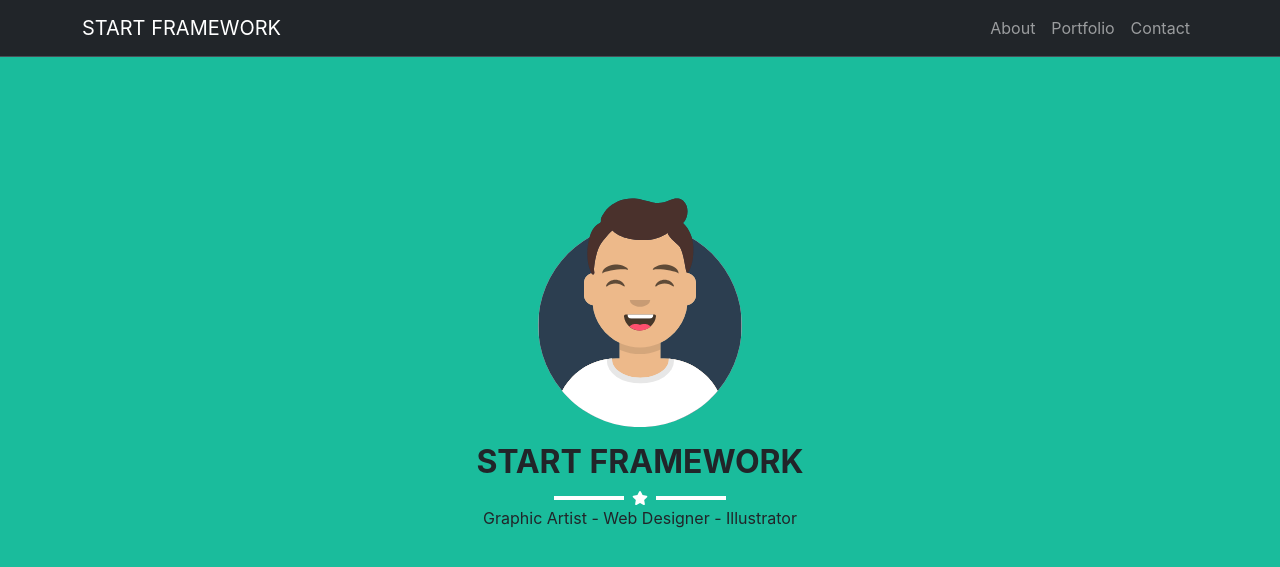
Repository: YomnaWegdan/startFramework
Page: /
These files come from the project's save history. The page is drawn as it stood at one moment and after the next save; the edit follows.
The browser window is 1280 px wide. The pictures show the whole page.
The project was rebuilt for these pictures with package versions that can differ from the ones it lists, and the page was loaded fresh each time. Also part of the build but not shown: src/Components/About.jsx, src/Components/Contact.jsx, src/Components/Error.jsx.

Above is the page before, as saved 2024-02-04 22:07:46.

### src/index.js
import React from 'react';
import ReactDOM from 'react-dom/client';
import 'bootstrap/dist/css/bootstrap.min.css'
import 'bootstrap/dist/js/bootstrap.bundle.min.js'

import './index.css';
import App from './App';
import reportWebVitals from './reportWebVitals';

const root = ReactDOM.createRoot(document.getElementById('root'));
root.render(
  <React.StrictMode>
    <App />
  </React.StrictMode>
);

// If you want to start measuring performance in your app, pass a function
// to log results (for example: reportWebVitals(console.log))
// or send to an analytics endpoint. Learn more: https://bit.ly/CRA-vitals
reportWebVitals();

### src/index.css
body {
  margin: 0;
  font-family: -apple-system, BlinkMacSystemFont, 'Segoe UI', 'Roboto', 'Oxygen',
    'Ubuntu', 'Cantarell', 'Fira Sans', 'Droid Sans', 'Helvetica Neue',
    sans-serif;
  -webkit-font-smoothing: antialiased;
  -moz-osx-font-smoothing: grayscale;
}

code {
  font-family: source-code-pro, Menlo, Monaco, Consolas, 'Courier New',
    monospace;
}
.w-20{
  width: 20%;
}
.home{
  background-color: #1ABC9C;
}
.line{
  background-color: white;
  width: 70px;
  height: 4px;
}

### src/App.js
import { RouterProvider, createBrowserRouter } from 'react-router-dom';
import './App.css';
import Layout from './Components/Layout';
import Home from './Components/Home';
import About from './Components/About';
import Contact from './Components/Contact';
import Error from './Components/Error';

function App() {

  let routes = createBrowserRouter([{
    path:'', element:<Layout/> , children:[
      {index:true , element:<Home/>},
      {path:'/about' , element:<About/>},
      {path:'/contact' , element:<Contact/>},
      {path:'*' , element:<Error/>},




    ]
  }])
  return (
    <div className="App">
    <RouterProvider router={routes}></RouterProvider>
    </div>
  );
}

export default App;

### src/Components/Layout.jsx
import React from 'react'
import Navbar from './Navbar'
import { Outlet } from 'react-router-dom'
import Footer from './Footer'

export default function Layout() {
  return (
    <div>
      <Navbar/>
      <Outlet></Outlet>
      <Footer/>
    </div>
  )
}

### src/Components/Home.jsx
import React, { Fragment } from 'react'
import img from '../images/avataaars.svg';
import { FaStar } from "react-icons/fa6";

export default function Home() {
  return (
    <Fragment>
      <section className='home vh-100 '>
        <div className='container h-100'>
            <div className='row align-items-center justify-content-center h-100'>
                <div className='col-md-12'>
                <img src={img} className='w-20 mb-3' alt='img'/>
                <h2 className='fw-bold'>START FRAMEWORK</h2>
                <div className='d-flex justify-content-center align-items-center'>
                    <div className='line'></div>
                    <FaStar className=' mx-2 text-white'/>
                    <div className='line'></div>
                </div>
                <div>Graphic Artist - Web Designer - Illustrator</div>



                </div>
            </div>
        </div>

      </section>
    </Fragment>
  )
}

### src/Components/Navbar.jsx
import React from "react";
import { NavLink } from "react-router-dom";

export default function Navbar() {
  return (
    <>
      <nav
        className="navbar navbar-expand-lg bg-dark border-bottom border-body fixed-top"
        data-bs-theme="dark"
      >
        <div className="container">
          <NavLink className="navbar-brand" to="/">
            START FRAMEWORK
          </NavLink>
          <button
            className="navbar-toggler"
            type="button"
            data-bs-toggle="collapse"
            data-bs-target="#navbarSupportedContent"
            aria-controls="navbarSupportedContent"
            aria-expanded="false"
            aria-label="Toggle navigation"
          >
            <span className="navbar-toggler-icon"></span>
          </button>
          <div className="collapse navbar-collapse" id="navbarSupportedContent">
            <ul className="navbar-nav ms-auto mb-2 mb-lg-0">
              <li className="nav-item">
                <NavLink className="nav-link" to="/about">
                  About
                </NavLink>
              </li>
              <li className="nav-item">
                <NavLink className="nav-link" to="/portfolio">
                  Portfolio
                </NavLink>
              </li>
              <li className="nav-item">
                <NavLink className="nav-link" to="/Contact">
                  Contact
                </NavLink>
              </li>
            </ul>
          </div>
        </div>
      </nav>
    </>
  );
}

Loaded but not shown: public/index.html (common file); src/reportWebVitals.js (common file); src/App.css (common file); src/Components/Footer.jsx (common file)

After the next save:
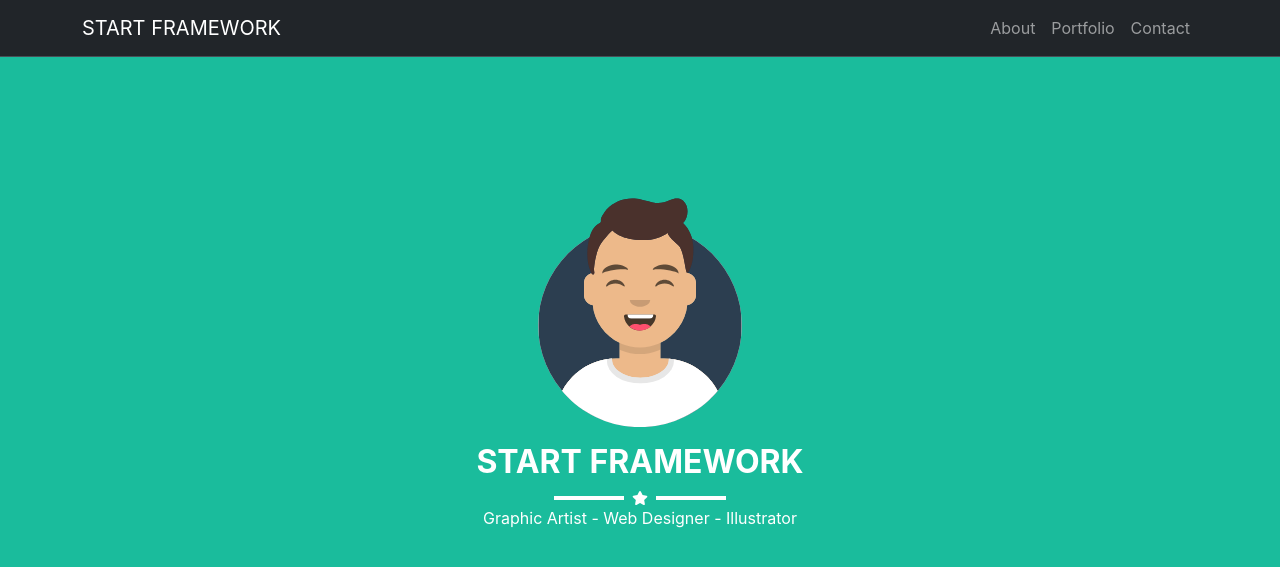
Saved 5 s later.
--- a/src/Components/Home.jsx
+++ b/src/Components/Home.jsx
@@ -5,7 +5,7 @@ import { FaStar } from "react-icons/fa6";
 export default function Home() {
   return (
     <Fragment>
-      <section className='home vh-100 '>
+      <section className='home vh-100 text-white'>
         <div className='container h-100'>
             <div className='row align-items-center justify-content-center h-100'>
                 <div className='col-md-12'>
